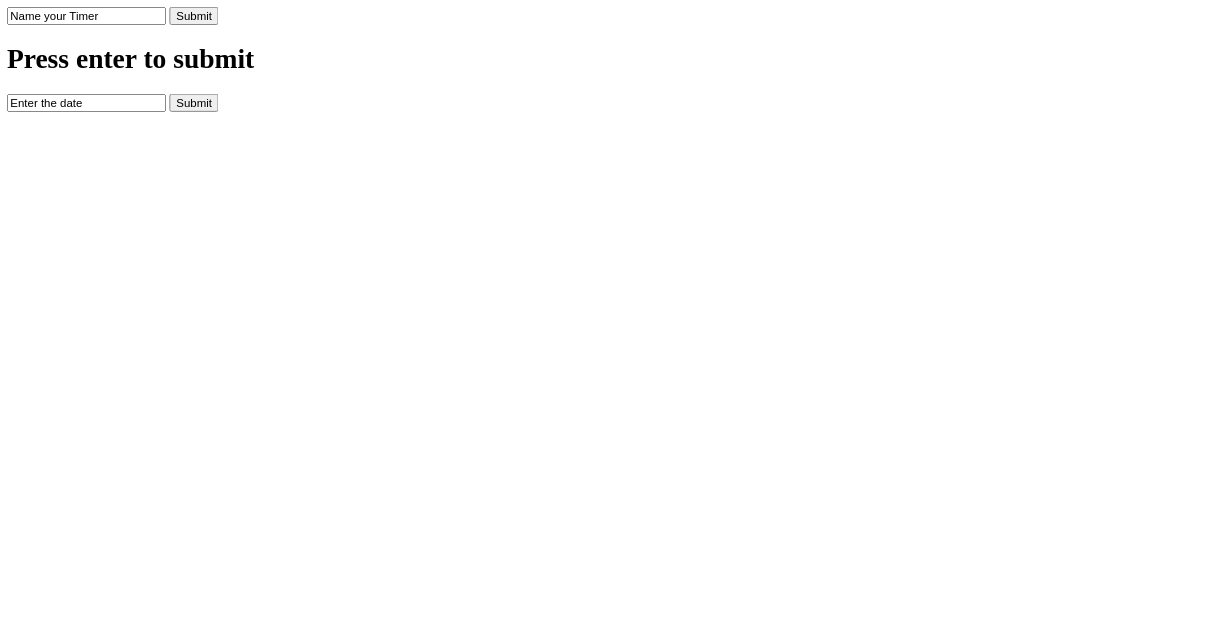
Repository: notMaximilian/countdown-timer
Page: index.html
These files come from the project's save history. The page is drawn as it stood at one moment and after a run of saves; the edit follows.
The browser window is 1280 px wide. The page is 1280 px wide, then 1403 px, so the pictures cover 1403 px, including what lies to the right of the window. The pictures show the whole page, at 86% of full size.

Above is the page before, as saved 2021-12-24 23:24:19.

After the next 3 saves:
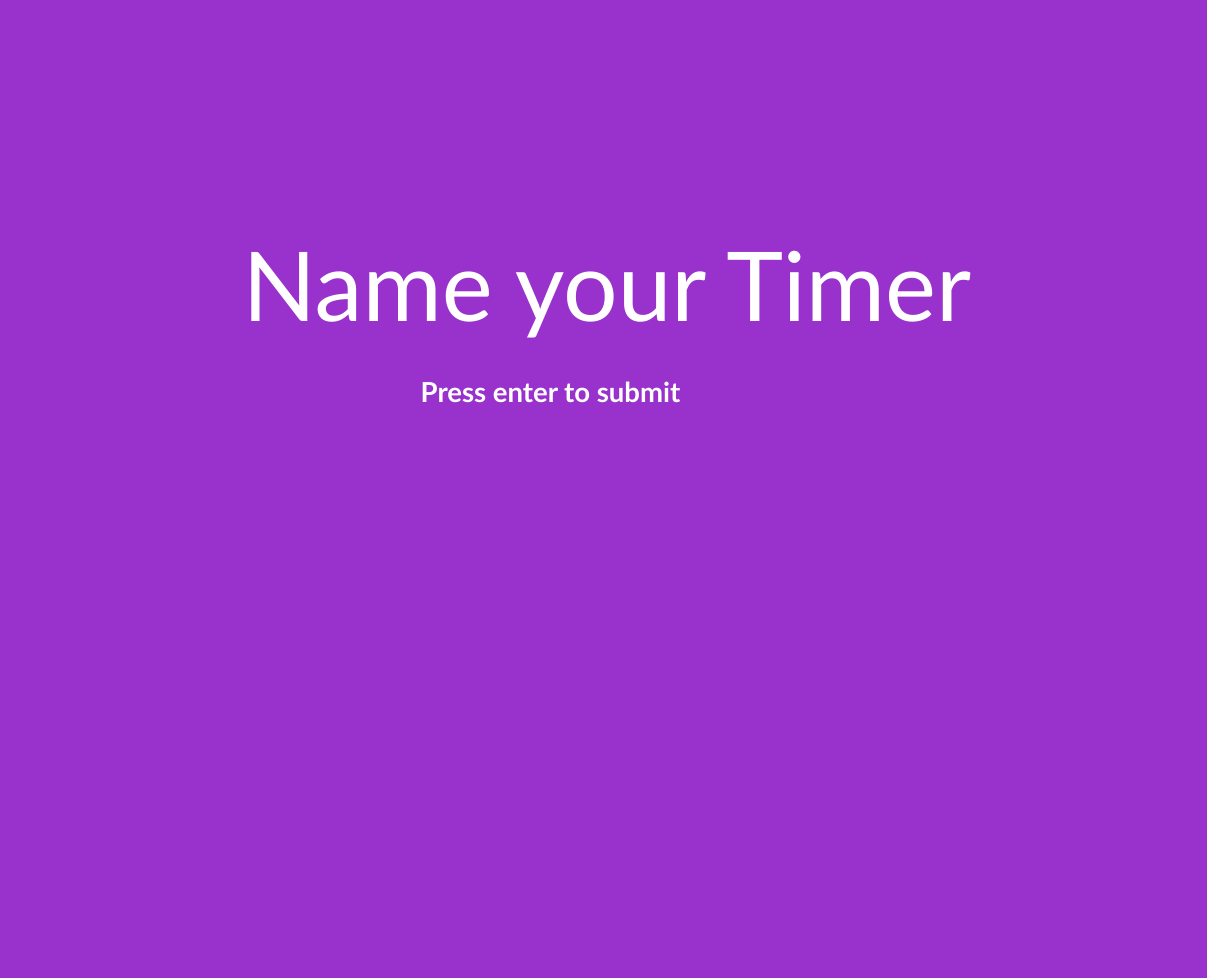
The 3 saves are shown as one change because they came seconds apart.
The last was saved 11 s later.
--- a/styles.css
+++ b/styles.css
@@ -1,5 +1,5 @@
 body{
-    background-color: rgb(43, 12;
+    background-color: darkorchid;
     text-align: center;
     color:#ffffff;
     font-family: 'Trebuchet MS', 'Lucida Sans Unicode', 'Lucida Grande', 'Lucida Sans', Arial, sans-serif;
